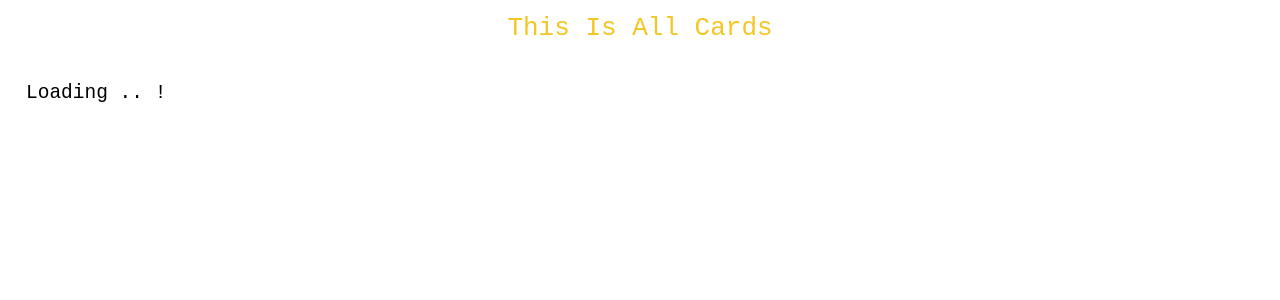
Repository: rehamtaher10/reactQueryTask
Page: /
The author's editor kept a copy of each file at every save. The page is drawn from the files as they stood at one save, then again after a run of saves.
The browser window is 1280 px wide. The pictures show the whole page.
The page's requests for data from a server got no answer. The project was rebuilt for these pictures with package versions that can differ from the ones it lists, and the page was loaded fresh each time. No one was signed in, and anything a server would have sent is missing. Also part of the build but not shown: vite.config.js.

Above is the page before, as saved 2024-12-07 20:01:00.

After the next 3 saves:
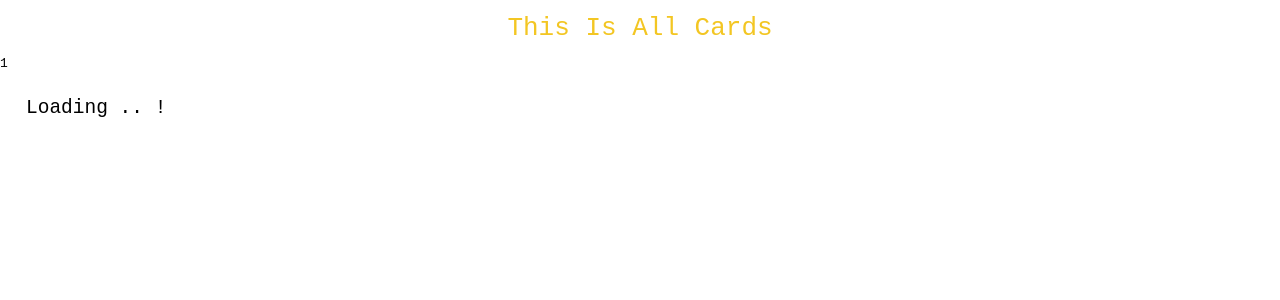
The 3 saves are shown as one change because they came seconds apart.
The last was saved 7 s later.
--- a/src/App.jsx
+++ b/src/App.jsx
@@ -22,7 +22,7 @@ function App() {
       <h1>This Is All Cards</h1>
 
       <div className="pagination">
-        <p>{}</p>
+        <p>{page + 1}</p>
 
       </div>
       <div className="productContainer">
